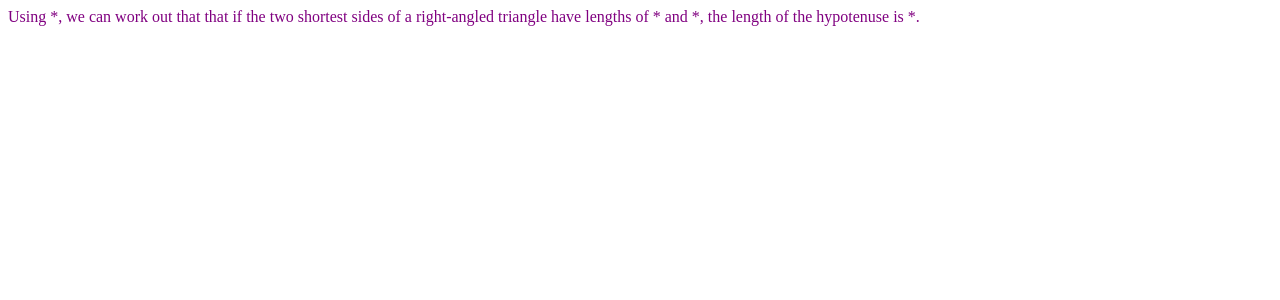
Repository: ctcoleman/learning-area
Page: javascript/introduction-to-js-1/tasks/strings/strings4-download.html
These files come from the project's save history. The page is drawn as it stood at one moment and after the next save; the edit follows.
The browser window is 1280 px wide. The pictures show the whole page.

Above is the page before, as saved 2020-06-25 11:55:15.
Not found: javascript/introduction-to-js-1/tasks/styles.css

### javascript/introduction-to-js-1/tasks/strings/strings4-download.html
<!DOCTYPE html>
<html lang="en">
  <head>
    <meta charset="utf-8"/>
    <title>Strings: Task 4</title>
    <style>
      p {
        color: purple;
        margin: 0.5em 0;
      }

      * {
        box-sizing: border-box;
      }
    </style>
    <link rel="stylesheet" href="../styles.css" />
  </head>

  <body>

    <section class="preview">



    </section>

  </body>
  <script>
    let theorem = 'Pythagorean theorem';

    let a = 5;
    let b = 8;

    let myString = 'Using *, we can work out that that if the two shortest sides of a right-angled triangle have lengths of * and *, the length of the hypotenuse is *.';


    // Don't edit the code below here!

    const section = document.querySelector('section');

    let para1 = document.createElement('p');
    para1.textContent = myString;
    section.appendChild(para1);
  </script>

</html>

After the next save:
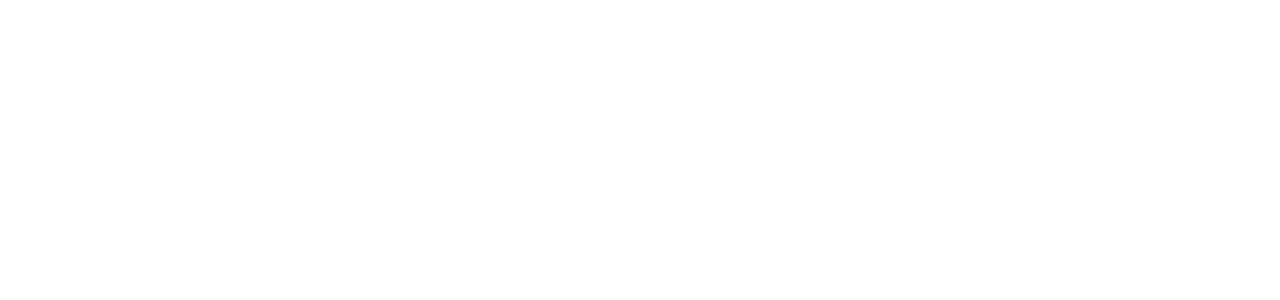
Console error: SyntaxError: Unexpected end of input
Saved 87 s later.
--- a/javascript/introduction-to-js-1/tasks/strings/strings4-download.html
+++ b/javascript/introduction-to-js-1/tasks/strings/strings4-download.html
@@ -26,7 +26,7 @@
 
   </body>
   <script>
-    let theorem = 'Pythagorean theorem';
+    let theorem = `Pythagorean theorem';
 
     let a = 5;
     let b = 8;

After the 2 saves that followed:
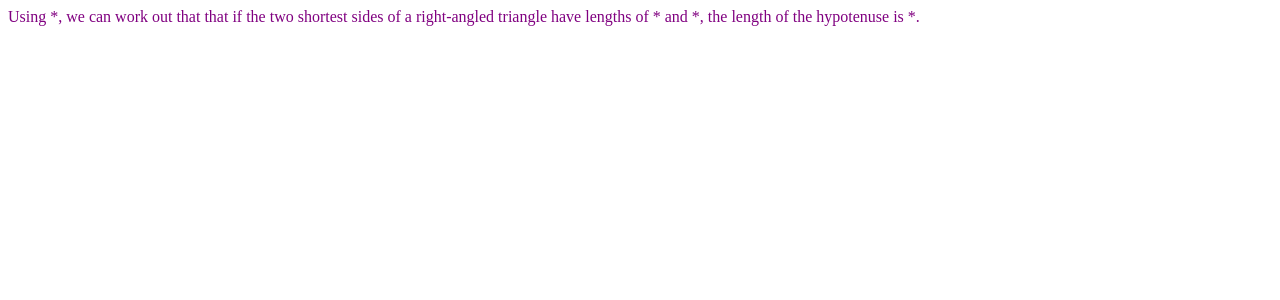
The error is gone.
The 2 saves are shown as one change because they came seconds apart.
The last was saved 7 s later.
--- a/javascript/introduction-to-js-1/tasks/strings/strings4-download.html
+++ b/javascript/introduction-to-js-1/tasks/strings/strings4-download.html
@@ -26,7 +26,7 @@
 
   </body>
   <script>
-    let theorem = `Pythagorean theorem';
+    let theorem = 'Pythagorean theorem';
 
     let a = 5;
     let b = 8;
